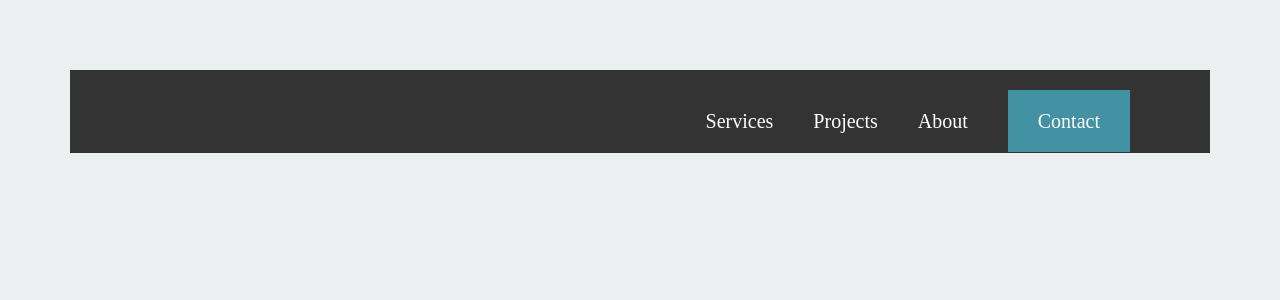
Repository: arifshahriyarnader/css-flexbox
Page: Exercise 1/index.html
These files come from the project's save history. The page is drawn as it stood at one moment and after the next save; the edit follows.
The browser window is 1280 px wide. The pictures show the whole page.

Above is the page before, as saved 2024-06-15 16:01:03.

### Exercise 1/index.html
<!DOCTYPE html>
<html lang="en">
<head>
    <meta charset="UTF-8">
    <meta name="viewport" content="width=device-width, initial-scale=1.0">
    <title>Navbar Using Flexbox</title>
    <link rel="stylesheet" href="css/style.css">
</head>
<body>
   <nav class="menubar_sec">
       <div class="leftmenu_link">
            <ul>
                <li><a href="#">Services</a></li>
                <li><a href="#">Projects</a></li>
                <li><a href="#">About</a></li>
                <li><a href="#" class="contact_btn">Contact</a></li>
            </ul>
           </div>
   </nav>
</body>
</html>

### Exercise 1/css/style.css
*{
    margin: 0px;
    padding: 0px;
}

ul{
    list-style: none;
}
a{
    text-decoration: none;
}
body{
    background-color: #ECF0F1;
}
.menubar_sec{
    background-color:#333333;
    min-height: 50px;
    margin: 70px;
    display:flex;
    justify-content: flex-end;
}

.leftmenu_link ul{
    display: flex;
    gap:40px;
    padding:40px 80px 20px 0px;

}

.leftmenu_link ul li a{
    color:#fff;
    font-size:20px;
    cursor: pointer;
}
.contact_btn{
    background-color:#4292A3;
    color:#fff;
    padding:20px 30px;

}

After the next save:
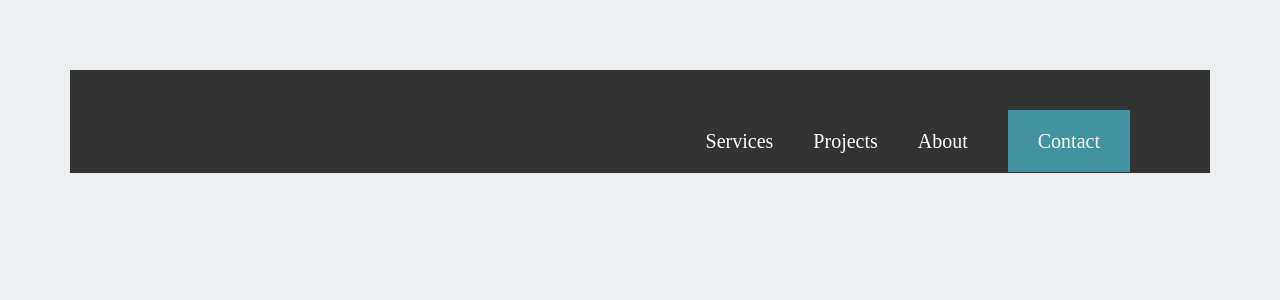
Saved 11 s later.
--- a/Exercise 1/css/style.css
+++ b/Exercise 1/css/style.css
@@ -23,7 +23,7 @@
 .leftmenu_link ul{
     display: flex;
     gap:40px;
-    padding:40px 80px 20px 0px;
+    padding:60px 80px 20px 0px;
 
 }
 

After the 2 saves that followed:
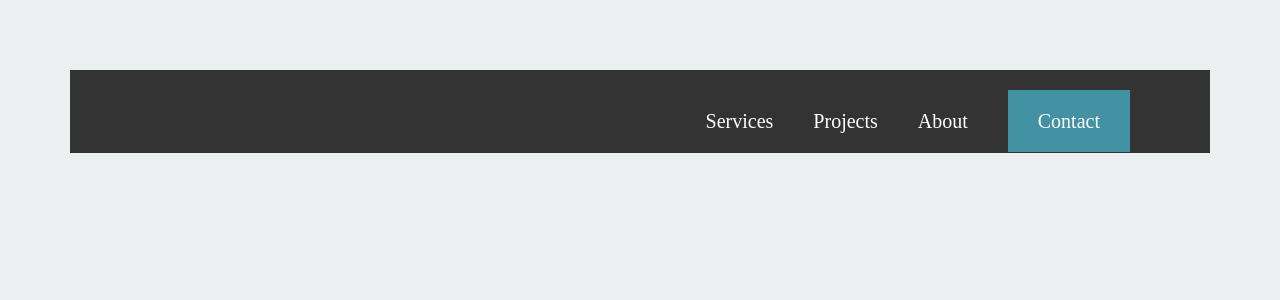
The 2 saves are shown as one change because they came seconds apart.
The last was saved 6 s later.
--- a/Exercise 1/css/style.css
+++ b/Exercise 1/css/style.css
@@ -23,7 +23,7 @@
 .leftmenu_link ul{
     display: flex;
     gap:40px;
-    padding:60px 80px 20px 0px;
+    padding:40px 80px 20px 0px;
 
 }
 
